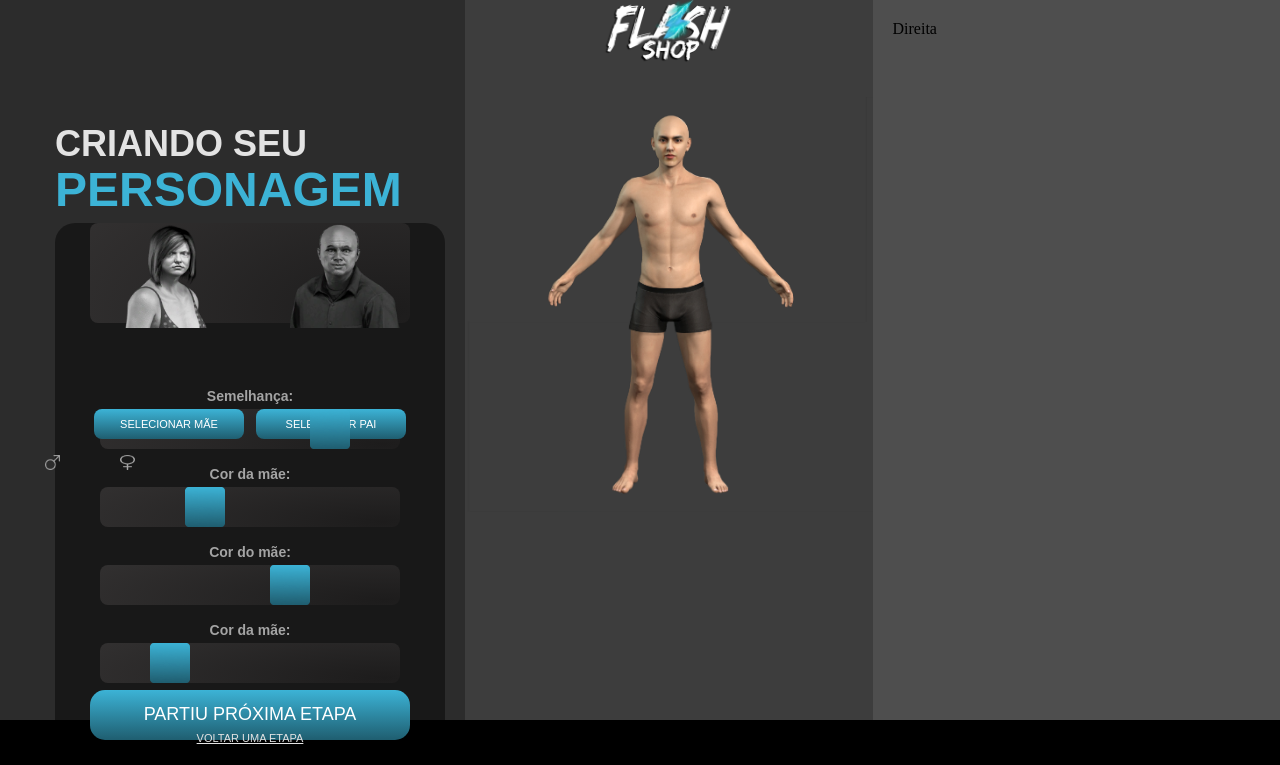
Repository: DuMCorrea/CriandoPerso
Page: index.html
The author's editor kept a copy of each file at every save. The page is drawn from the files as they stood at one save, then again after the next save.
The browser window is 1280 px wide. The pictures show the whole page.

Above is the page before, as saved 2024-08-29 15:35:05.

### index.html
<!DOCTYPE html>
<html lang="en">
<head>
    <meta charset="UTF-8">
    <meta name="viewport" content="width=device-width, initial-scale=1.0">
    <title>Dividindo a Tela com Imagens</title>
    <link rel="stylesheet" href="styles.css">
</head>
<body>
    <div class="container">
        <div class="left">
            <h1 class="title">
                <span class="part1">CRIANDO SEU</span>
                <span class="part2">PERSONAGEM</span>
            </h1>
            <div class="vertical-rectangle">
                <div class="image-rectangle">
                    <img src="assets/mulher.png" alt="Imagem 1" class="rectangle-image">
                    <img src="assets/homem.png" alt="Imagem 2" class="rectangle-image">
                </div>
                <div class="button-group">
                    <button class="top-button">SELECIONAR MÃE</button>
                    <button class="top-button">SELECIONAR PAI</button>
                </div>
                <div class="rectangles-group">
                    <div class="image-container">
                        <img src="assets/Fem.png" alt="Imagem 1" class="small-image left-image">
                        <img src="assets/Masc.png" alt="Imagem 2" class="small-image right-image">
                    </div>
                    <div class="rectangle-title">Semelhança:</div>
                    <div class="gradient-rectangle">
                        <img src="assets/quadradoAzul.png" alt="Imagem 1" class="small-image1">
                    </div>

                    <div class="rectangle-title">Cor da mãe:</div>
                    <div class="gradient-rectangle">
                        <img src="assets/quadradoAzul.png" alt="Imagem 2" class="small-image2">
                    </div>

                    <div class="rectangle-title">Cor do mãe:</div>
                    <div class="gradient-rectangle">
                        <img src="assets/quadradoAzul.png" alt="Imagem 3" class="small-image3">
                    </div>

                    <div class="rectangle-title">Cor da mãe:</div>
                    <div class="gradient-rectangle">
                        <img src="assets/quadradoAzul.png" alt="Imagem 4" class="small-image4">
                    </div>
                </div>
                <button class="rectangle-button">PARTIU PRÓXIMA ETAPA</button>
                <button class="back-button">VOLTAR UMA ETAPA</button>
            </div>
        </div>
        <div class="center">
            <img src="assets/FlashStore 1 (1).png" alt="Imagem 1" class="top-image">
            <img src="assets/boneco 2.png" alt="Imagem 2" class="center-image">
        </div>
        <div class="right">Direita</div>
    </div>
</body>

</html>

### styles.css
body, html {
    margin: 0;
    padding: 0;
    height: 100%;
    display: flex;
    justify-content: center;
    align-items: center;
    background-color: #000; /* Fundo escuro */
}

.container {
    display: flex;
    width: 100%;
    height: 100%;
}

.container > div {
    flex: 1; /* Cada div ocupa 1/3 do espaço disponível */
    height: 100%;
    padding: 20px;
    box-sizing: border-box;
}



/* PARTE ESQUERDA */



.left {
    background-color: #2c2c2c;
    display: flex;
    flex-direction: column;
    justify-content: flex-start;
    align-items: flex-start;

}

.title {
    margin: 100px 0 0 0; /* Adiciona margem superior para mover o título para baixo */
    padding: 0;
}

.part1 {
    font-family: 'Baloo Bhai', sans-serif;
    font-size: 36px;
    font-weight: 700; /* Aumenta o peso da fonte para deixá-la mais grossa */
    line-height: 48px;
    text-align: left;
    color: #E3E3E3;
    display: block;
    margin-bottom: -10px; /* Reduz a distância entre as duas partes do título */
    margin-left: 35px;
}

.part2 {
    font-family: 'Baloo Bhai', sans-serif;
    font-size: 48px;
    font-weight: 700; /* Aumenta o peso da fonte para deixá-la mais grossa */
    line-height: 64px;
    text-align: left;
    color: #3CB3D6;
    display: block;
    margin-left: 35px;
}

.vertical-rectangle {
    width: 390px; /* Largura do retângulo */
    height: 630px; /* Altura do retângulo */
    background: #00000075; /* Cor de fundo com opacidade */
    border-radius: 20px; /* Bordas arredondadas */
    margin-left: 35px; /* Alinhamento com o título */
    margin-top: 1px; /* Espaço entre o título e o retângulo */
    display: flex;
    flex-direction: column;
    justify-content: space-between; /* Distribui o espaço */
    align-items: center; /* Centraliza os conteúdos */
}


.rectangle-button {
    width: 320px; /* Largura do botão */
    height: 50px; /* Altura do botão */
    background: linear-gradient(180deg, #3CB3D6 0%, #1F5E70 100%); /* Gradiente de cor */
    border-radius: 15px; /* Bordas arredondadas */
    border: none; /* Remove borda padrão do botão */
    color: white; /* Cor do texto */
    font-family: 'Baloo Bhai', sans-serif;
    font-size: 18px; /* Tamanho do texto */
    display: flex;
    justify-content: center; /* Centraliza horizontalmente */
    align-items: center; /* Centraliza verticalmente */
    margin-bottom: -15px; /* Ajusta o espaçamento superior */
    cursor: pointer;
}

.back-button {
    background: none; /* Remove o fundo */
    border: none; /* Remove a borda */
    color: #E3E3E3; /* Cor do texto */
    font-family: 'Baloo Bhai', sans-serif;
    font-size: 11px; /* Tamanho do texto */
    margin-bottom: 20px; /* Espaçamento superior ajustado */
    text-decoration: underline; /* Adiciona sublinhado */
    cursor: pointer; /* Muda o cursor ao passar por cima */
}


.button-group {
    display: flex;
    justify-content: space-between; /* Espaça os botões igualmente */
    width: 0%; /* Largura igual à do retângulo */
    padding: 10px 20px; /* Adiciona espaçamento ao redor dos botões */
}

.top-button {
    width: 50px; /* Largura dos botões */
    height: 40px; /* Altura dos botões */
    background: linear-gradient(180deg, #3CB3D6 0%, #1F5E70 100%); /* Gradiente de cor */
    border-radius: 15px; /* Bordas arredondadas */
    border: none; /* Remove borda padrão do botão */
    color: white; /* Cor do texto */
    font-family: 'Baloo Bhai', sans-serif;
    font-size: 16px; /* Tamanho do texto */
    display: flex;
    justify-content: center; /* Centraliza horizontalmente */
    align-items: center; /* Centraliza verticalmente */
    cursor: pointer;
}




.gradient-rectangle {
    width: 300px; /* Largura igual ao botão */
    height: 40px; /* Altura padrão para cada retângulo, ajuste conforme necessário */
    background: radial-gradient(547.21% 823.76% at 94.51% 88.04%, #1D1C1C 0%, #837E7E 100%);
    border-radius: 8px; /* Bordas arredondadas, igual ao botão */
    margin-bottom: 1px; /* Diminui a distância entre os retângulos */
    margin-top: 38px;
    margin-left: 0px;
}

.rectangle-title {
    width: 300px; /* Largura igual ao botão e retângulos */
    height: 30px; /* Altura do título */
    border-radius: 8px; /* Bordas arredondadas */
    display: flex;
    align-items: center; /* Centraliza verticalmente o texto */
    justify-content: center; /* Centraliza horizontalmente o texto */
    color: #A4A4A4; /* Cor do texto */
    font-weight: 700;
    font-family: 'Baloo Bhai', sans-serif;
    font-size: 14px; /* Tamanho do texto */
    margin-bottom: -40px; /* Espaçamento entre o título e o retângulo */
    margin-top: 10px;

}

.image-container {
    width: 50%;
    display: flex;
    justify-content: space-between; /* Coloca uma imagem em cada lado */
    position: absolute; /* As imagens ficam fora do fluxo normal */
    top: 10px; /* Ajusta a posição acima do retângulo */
    padding: 0 10px; /* Espaçamento lateral entre as bordas */
}

.small-image {
    width: 15px; /* Define o tamanho da imagem */
    height: 15px;
}

.left-image {
    position: relative;
    left: 10px;
    top: 445px;
}

.right-image {
    position: relative;
    right: 690px;
    top: 445px
}

.small-image1 {
    width: 40px;
    height: 40px;
    left: 210px;
    position: relative;
}
.small-image2 {
    width: 40px;
    height: 40px;
    left: 85px;
    position: relative;
}
.small-image3 {
    width: 40px;
    height: 40px;
    left: 170px;
    position: relative;
}
.small-image4 {
    width: 40px;
    height: 40px;
    left: 50px;
    position: relative;
}

.button-group {
    display: flex;
    justify-content: space-between; /* Espaça os botões igualmente */
    width: 80%; /* Largura do grupo de botões */
    height: 1%;
    top: 70px;
    position: relative;
}

.top-button {
    width: 150px; /* Largura dos botões */
    height: 30px; /* Altura dos botões */
    background: linear-gradient(180deg, #3CB3D6 0%, #1F5E70 100%); /* Gradiente de cor */
    border-radius: 8px; /* Bordas arredondadas */
    border: none; /* Remove borda padrão do botão */
    color: white; /* Cor do texto */
    font-family: 'Baloo Bhai', sans-serif;
    font-size: 11px; /* Tamanho do texto */
    cursor: pointer;
}

.rectangles-group {
    margin-top: 10px; /* Ajusta o espaçamento superior */
}

.image-rectangle {
    width: 300px; /* Largura do retângulo */
    height: 100px; /* Altura do retângulo */
    background: radial-gradient(547.21% 823.76% at 94.51% 88.04%, #1D1C1C 0%, #837E7E 100%); /* Gradiente de fundo */
    border-radius: 8px; /* Bordas arredondadas */
    display: flex;
    justify-content: space-between; /* Espaça as imagens igualmente */
    align-items: center; /* Centraliza verticalmente */
    padding: 0 10px; /* Espaçamento lateral interno */
}

.rectangle-image {
    width: 110px; /* Largura das imagens */
    height: 110px; /* Altura das imagens */
}

/* PARTE CENTRAL */



.center {
    background-color: #3d3d3d; /* Cor de fundo para a div central */
    display: flex;
    flex-direction: column;
    align-items: center;
    justify-content: space-between; /* Distribui o espaço entre as imagens */
}


.top-image {
    max-width: 40%;
    height: auto;
    margin-top: -60px;
}

.center-image {
    max-width: 200%;
    height: auto;
    margin-top: auto; /* Centraliza verticalmente */
    margin-bottom: 200px;
}


/* PARTE DIREITA */



.right {
    background-color: #4e4e4e; /* Cor de fundo para a div direita */
}

After the next save:
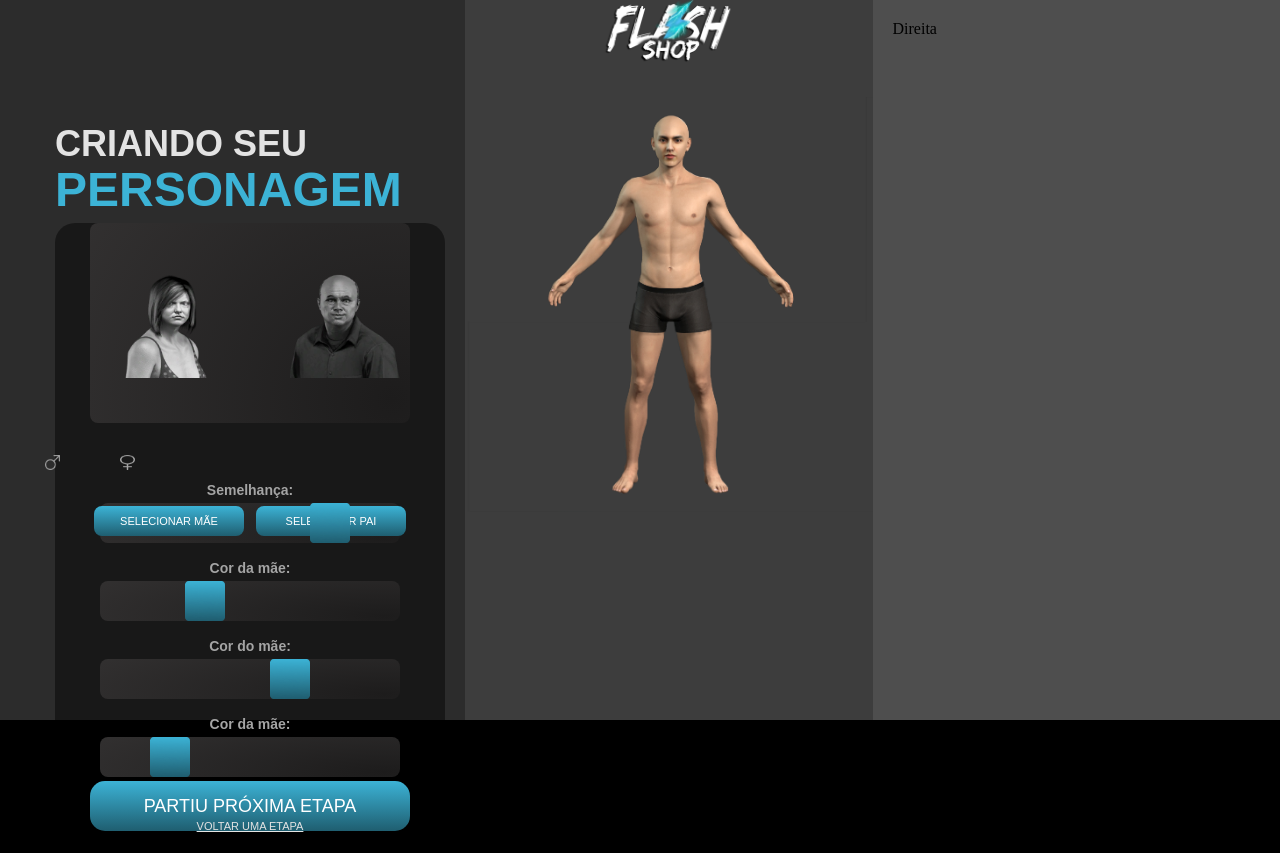
Saved 5 s later.
--- a/styles.css
+++ b/styles.css
@@ -235,7 +235,7 @@
 
 .image-rectangle {
     width: 300px; /* Largura do retângulo */
-    height: 100px; /* Altura do retângulo */
+    height: 200px; /* Altura do retângulo */
     background: radial-gradient(547.21% 823.76% at 94.51% 88.04%, #1D1C1C 0%, #837E7E 100%); /* Gradiente de fundo */
     border-radius: 8px; /* Bordas arredondadas */
     display: flex;
